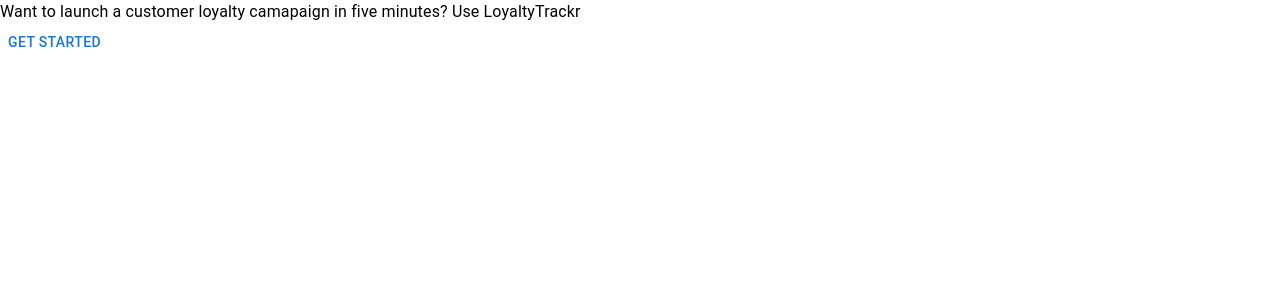
Repository: Armstrong2035/loyaltyTrackr
Page: / (app in loyalty-trackr/)
An editor plug-in stored every save of this project. The page is shown before and after the next save, followed by the edit.
The browser window is 1280 px wide. The pictures show the whole page.
The project was rebuilt for these pictures with package versions that can differ from the ones it lists, and the page was loaded fresh each time. Also part of the build but not shown: loyalty-trackr/src/firebase.js, loyalty-trackr/src/Authentication/Signup.js, loyalty-trackr/src/Onboarding/BusinessDetails/BusinessDetails.js, loyalty-trackr/src/Authentication/Login.js, loyalty-trackr/src/Utility/currencies.js, loyalty-trackr/src/Onboarding/LoyaltySetup/PointsBased/PointsPerPurchase.js, loyalty-trackr/src/Onboarding/LoyaltySetup/PointsBased/PointsBased.js, loyalty-trackr/src/Onboarding/LoyaltySetup/LoyaltySetup.js and 1 more.

Above is the page before, as saved 2024-06-06 18:21:08.

### loyalty-trackr/src/App.js
import React from "react";
import { Signup } from "./Authentication/Signup";
import { HomePage } from "./Home/Home";
import { BusinessDetails } from "./Onboarding/BusinessDetails/BusinessDetails";
import Login from "./Authentication/Login";
import { Route, Routes } from "react-router-dom";
import { Onboarding } from "./Onboarding/Onboarding";

function App() {
  return (
    <>
      <Routes>
        <Route path="/" element={<HomePage />} />
        <Route path="/signup" element={<Signup />} />
        <Route path="/login" element={<Login />} />
        <Route path="/onboarding" element={<Onboarding />} />
      </Routes>
    </>
  );
}

export default App;

### loyalty-trackr/src/Home/Home.js
import React from "react";
import { Button, Stack, Typography } from "@mui/material";
import { Link } from "react-router-dom";

export const HomePage = () => {
  return (
    <>
      <div>
        <Stack>
          <Typography>
            Want to launch a customer loyalty camapaign in five minutes? Use
            LoyaltyTrackr
          </Typography>
          <Link to="/signup">
            <Button>Get Started</Button>
          </Link>
        </Stack>
      </div>
    </>
  );
};

Loaded but not shown: loyalty-trackr/public/index.html (common file); loyalty-trackr/src/index.js (common file); loyalty-trackr/src/index.css (common file); loyalty-trackr/src/reportWebVitals.js (common file)

After the next save:
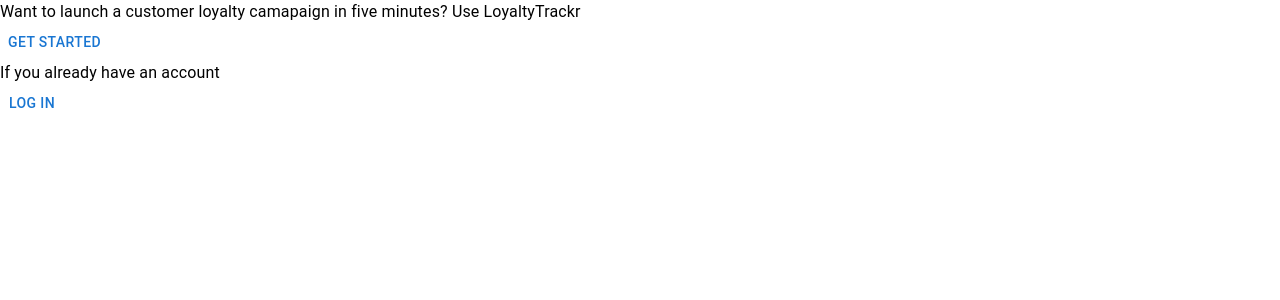
Saved 102 s later.
--- a/loyalty-trackr/src/Home/Home.js
+++ b/loyalty-trackr/src/Home/Home.js
@@ -14,6 +14,12 @@
           <Link to="/signup">
             <Button>Get Started</Button>
           </Link>
+
+          <Typography>If you already have an account</Typography>
+
+          <Link to="/login">
+            <Button>Log in</Button>
+          </Link>
         </Stack>
       </div>
     </>
